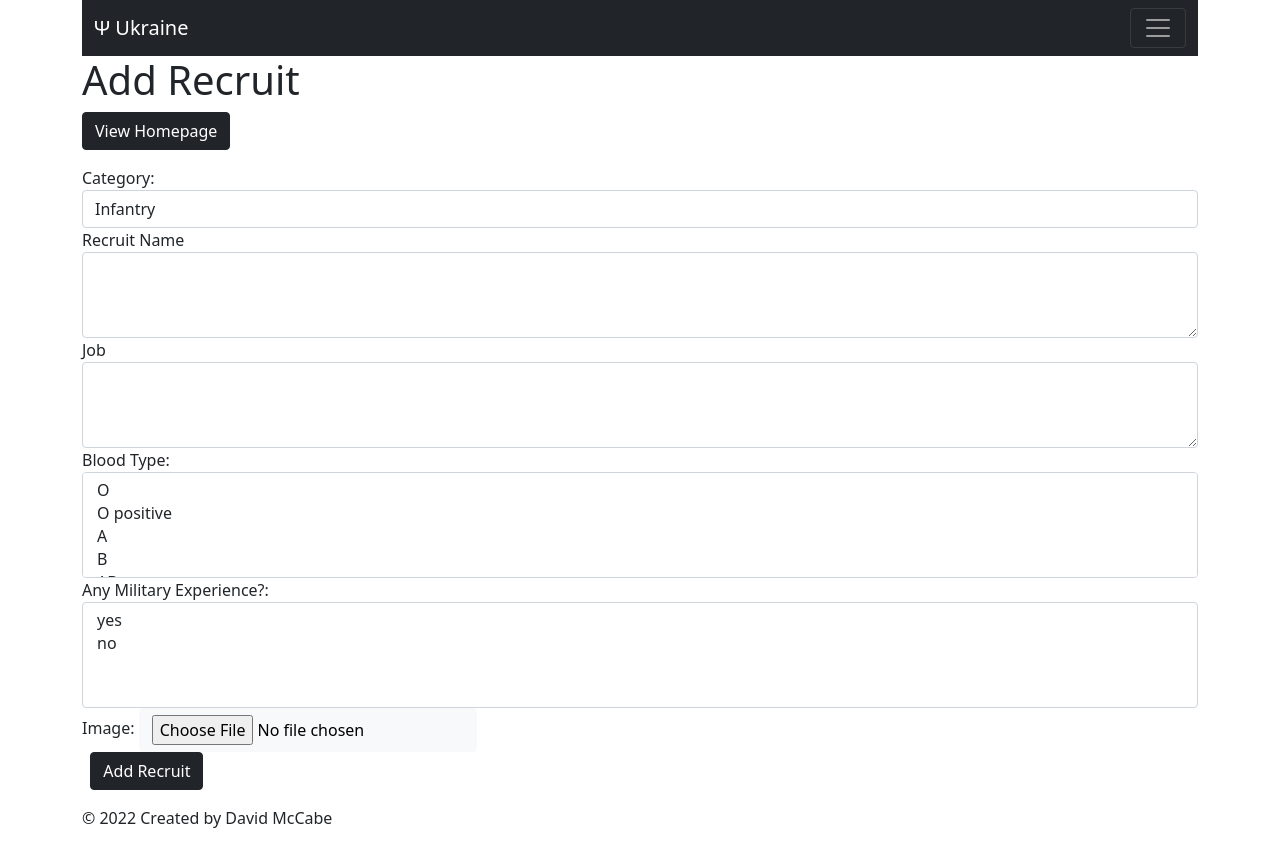
Repository: davidDKIT/ca2-davidmccabe-php
Page: http://localhost/add_record_form.php
These files come from the project's save history. The page is drawn as it stood at one moment and after the next save; the edit follows.
The browser window is 1280 px wide. The pictures show the whole page.
The page is run by PHP 8.4 with error messages shown; the project is at /var/www/html/. The database holds what the project's SQL file puts in it.

Above is the page before, as saved 2022-03-15 22:12:30.

After the next save:
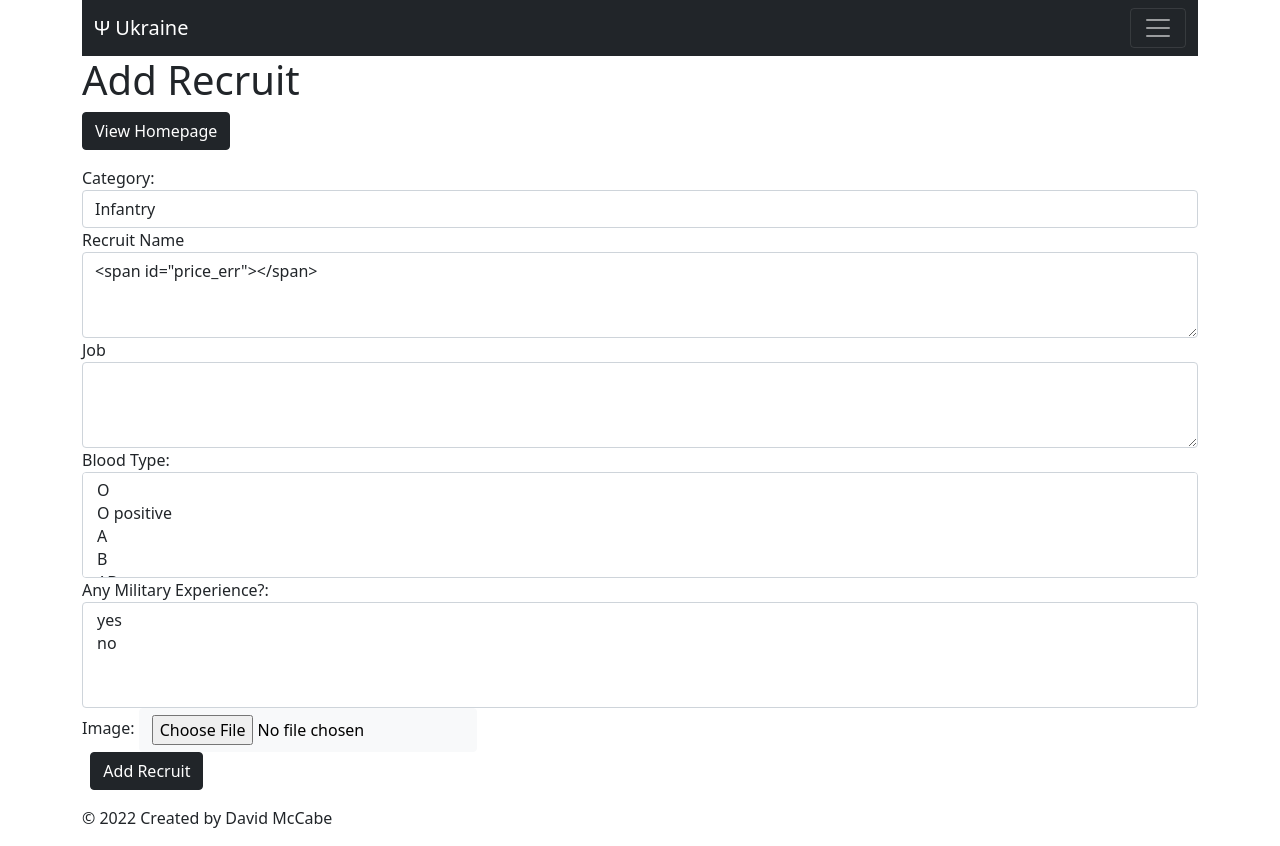
Saved 22 s later.
--- a/add_record_form.php
+++ b/add_record_form.php
@@ -29,7 +29,7 @@ $statement->closeCursor();
     </div>
     <div class="form-group">
       <label for="exampleFormControlTextarea1">Recruit Name</label>
-      <textarea class="form-control" id="recruitName" name="recruitName" rows="3"></textarea>
+      <textarea class="form-control" id="recruitName" name="recruitName" rows="3"><span id="price_err"></span></textarea>
       <label for="exampleFormControlTextarea1">Job</label>
       <textarea class="form-control" id="exampleFormControlTextarea1" name="job" rows="3"></textarea>
       <label for="exampleFormControlSelect2">Blood Type:</label>
